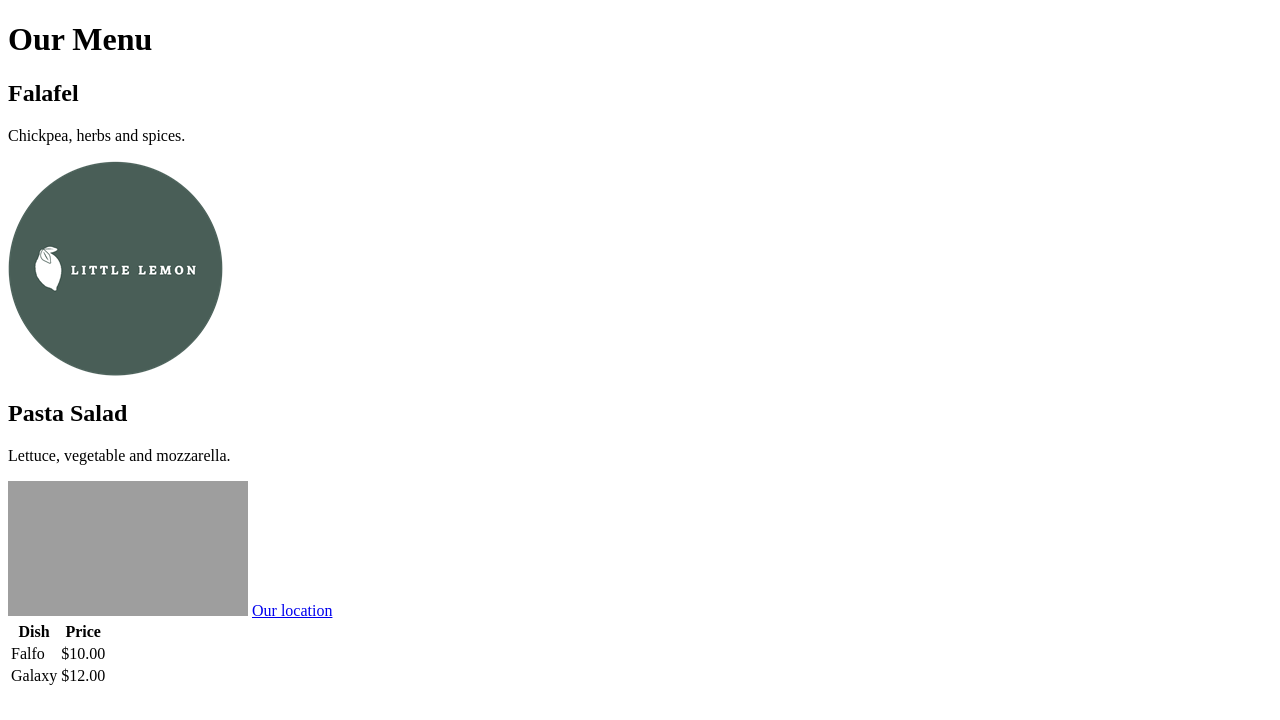
Repository: rajregmi98/metaintroductiontobackend
Page: index.html
These files come from the project's save history. The page is drawn as it stood at one moment and after the next save; the edit follows.
The browser window is 1280 px wide. The pictures show the whole page.
Pictures or frames that could not be fetched are drawn as grey boxes.

Above is the page before, as saved 2022-09-19 11:01:24.

### index.html
<!DOCTYPE html>
<!DOCTYPE html>
<html lang="en">
<head>
    <meta charset="UTF-8">
    <meta http-equiv="X-UA-Compatible" content="IE=edge">
    <meta name="viewport" content="width=device-width, initial-scale=1.0">
    <title>Little Lemon</title>
</head>
<body>
    <h1>Our Menu</h1>
    <h2>Falafel</h2>
    <p>Chickpea, herbs and spices.</p>
    <img src="logo.png">
    <h2>Pasta Salad</h2>
    <p> Lettuce, vegetable and mozzarella.</p>
    <img src="main_image_star-forming_region_carina_nircam_final-5mb.jpg" width ="240" height="135" alt="Galaxy">

    <a href="location.html"> Our location</a>
    <table>
        <tr>
            <th>Dish</th>
            <th>Price</th>
        </tr>
        <tr>
            <td> Falfo</td>
            <td> $10.00</td>

        </tr>
        <tr>
            <td> Galaxy</td>
            <td> $12.00</td>
        </tr>
    </table>
</body>
</html>

After the next save:
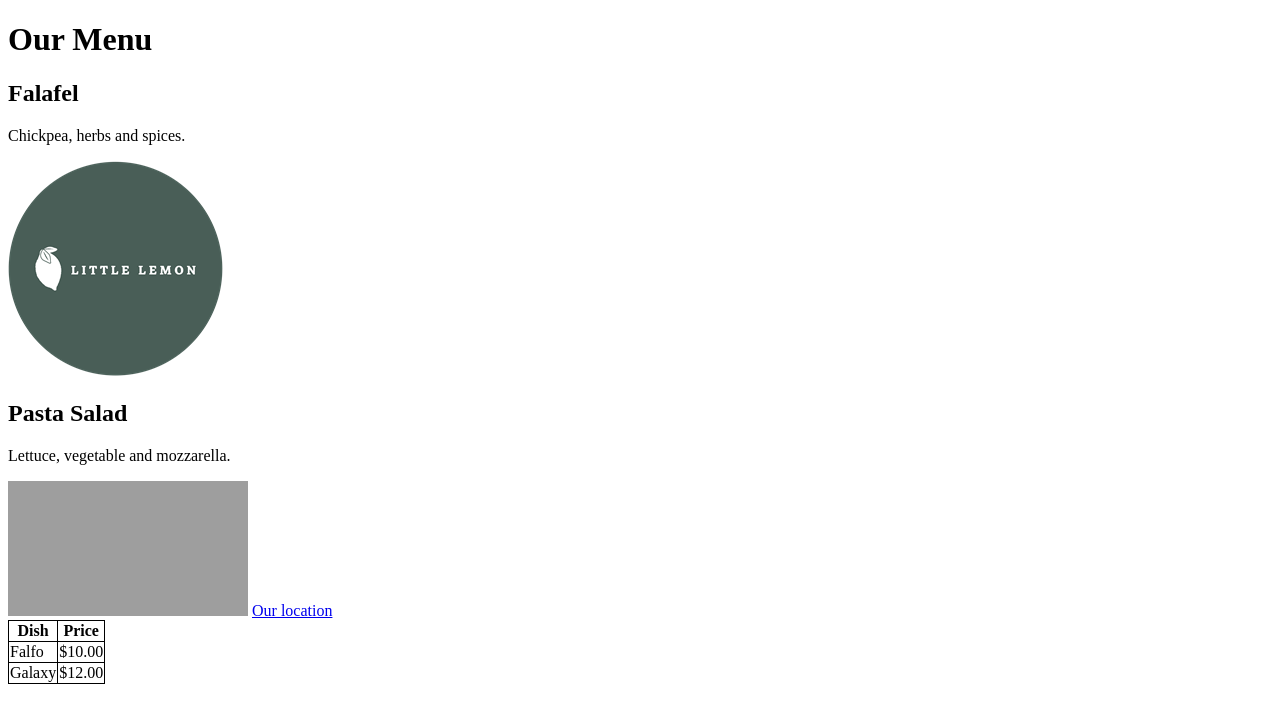
Saved 78 s later.
--- a/index.html
+++ b/index.html
@@ -17,6 +17,12 @@
     <img src="main_image_star-forming_region_carina_nircam_final-5mb.jpg" width ="240" height="135" alt="Galaxy">
 
     <a href="location.html"> Our location</a>
+    <style>
+        table, th,td{
+            border: 1px solid black;
+            border-collapse: collapse;
+        }
+    </style>
     <table>
         <tr>
             <th>Dish</th>
